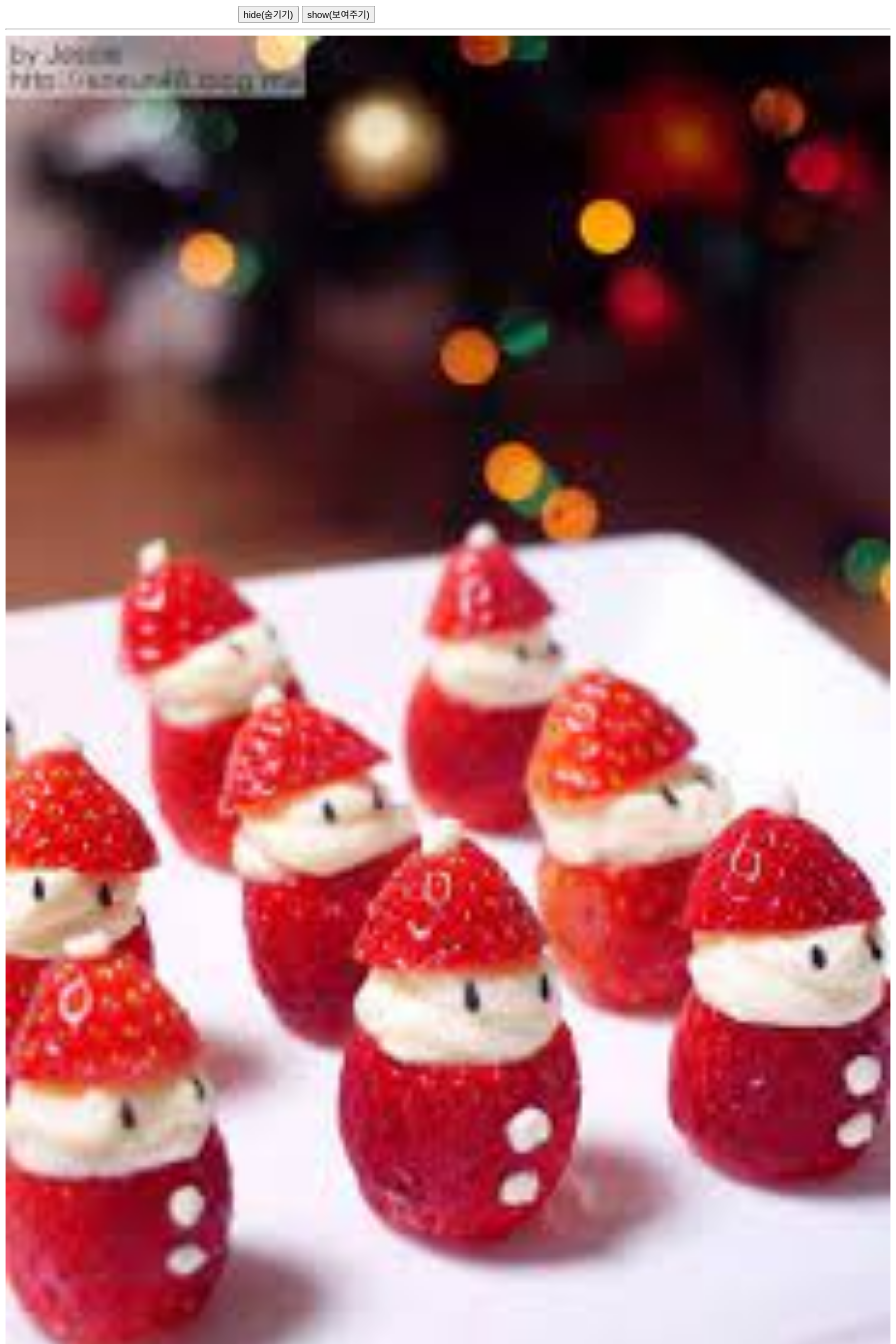
Repository: KangSuA/JSP
Page: webApp/src/main/webapp/jquery/jq14_effect.html
These files come from the project's save history. The page is drawn as it stood at one moment and after the next save; the edit follows.
The browser window is 1280 px wide. The pictures show the part of the page from y = 0 to 1920 px (the page is 2797 px tall), at 70% of full size.

Above is the page before, as saved 2023-02-15 07:24:20.
Console error: SyntaxError: Unexpected token '.'

### webApp/src/main/webapp/jquery/jq14_effect.html
<!DOCTYPE html>
<html>
<head>
<meta charset="UTF-8">
<title>Insert title here</title>
<script src="https://cdnjs.cloudflare.com/ajax/libs/jquery/3.6.3/jquery.min.js" ></script>
<style>
	img{width:100%}
	div{width:600px; margin:0 auto;}
</style>
<script>
	$(function(){
		var img = $("img:eq(0)");
		//숨기기
		$('#hide').click(function(){
			img.hide(3000,function(){ //속도:밀리초, slow, fast, normal
				//alert('hide이번트 발생함.');
			});
		});
		//보여주기
		$('#show').on('click',function(){
			img.show('fast');
		});
		//toggle
		$("#toggle").on('click',function({
			img.toggle('slow');
		}))
	});
</script>
</head>
<body>
<div>
	<input type="button" value="hide(숨기기)" id="hide"/>
	<input type="button" value="show(보여주기)" id="show"/>
</div>
<hr/>
<img src="../img/01.jfif"/>
<img src="../img/02.jfif"/>
</body>
</html>

After the next save:
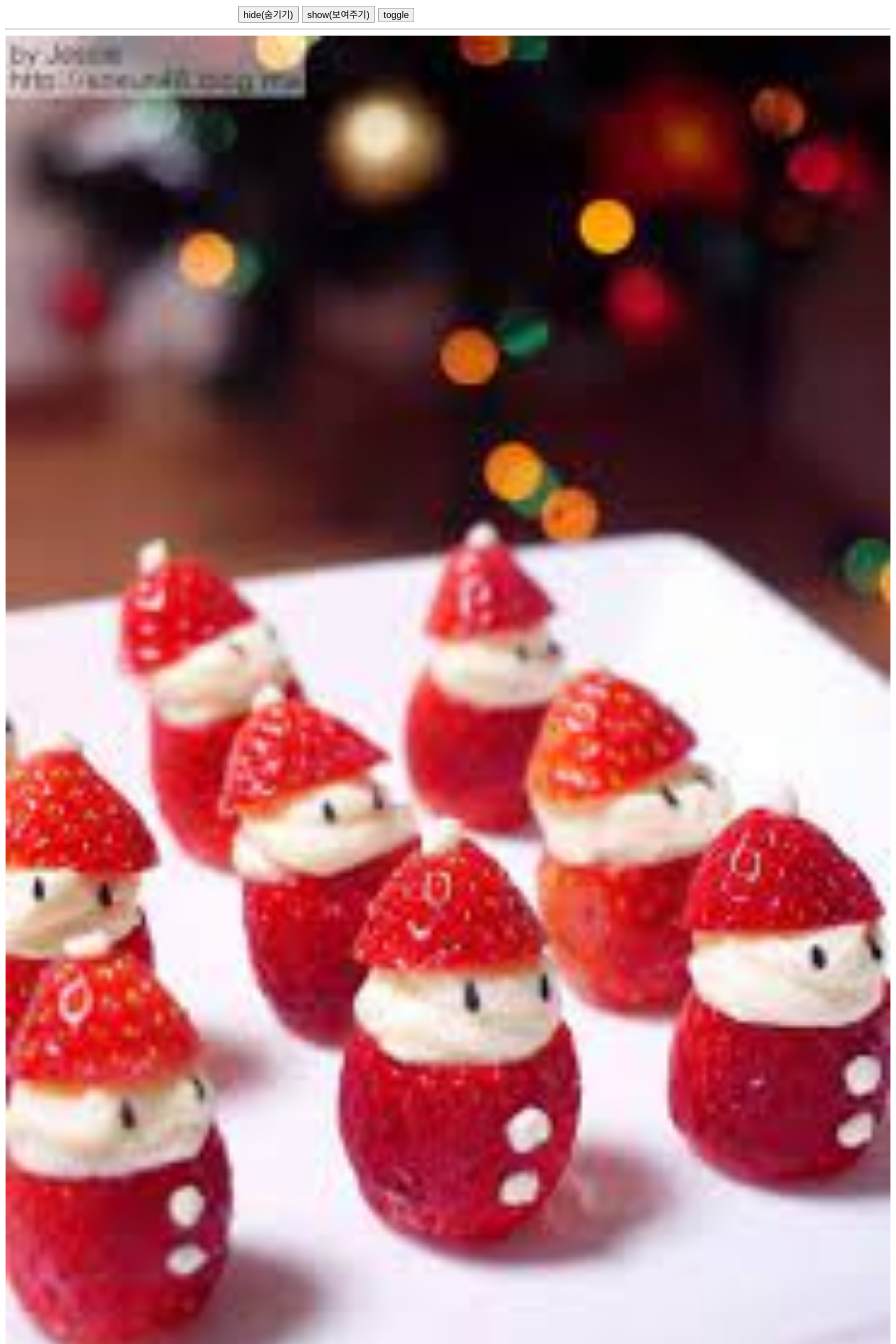
Saved 15 s later.
--- a/webApp/src/main/webapp/jquery/jq14_effect.html
+++ b/webApp/src/main/webapp/jquery/jq14_effect.html
@@ -32,6 +32,7 @@
 <div>
 	<input type="button" value="hide(숨기기)" id="hide"/>
 	<input type="button" value="show(보여주기)" id="show"/>
+	<input type="button" value="toggle" id="toggle"/>
 </div>
 <hr/>
 <img src="../img/01.jfif"/>
